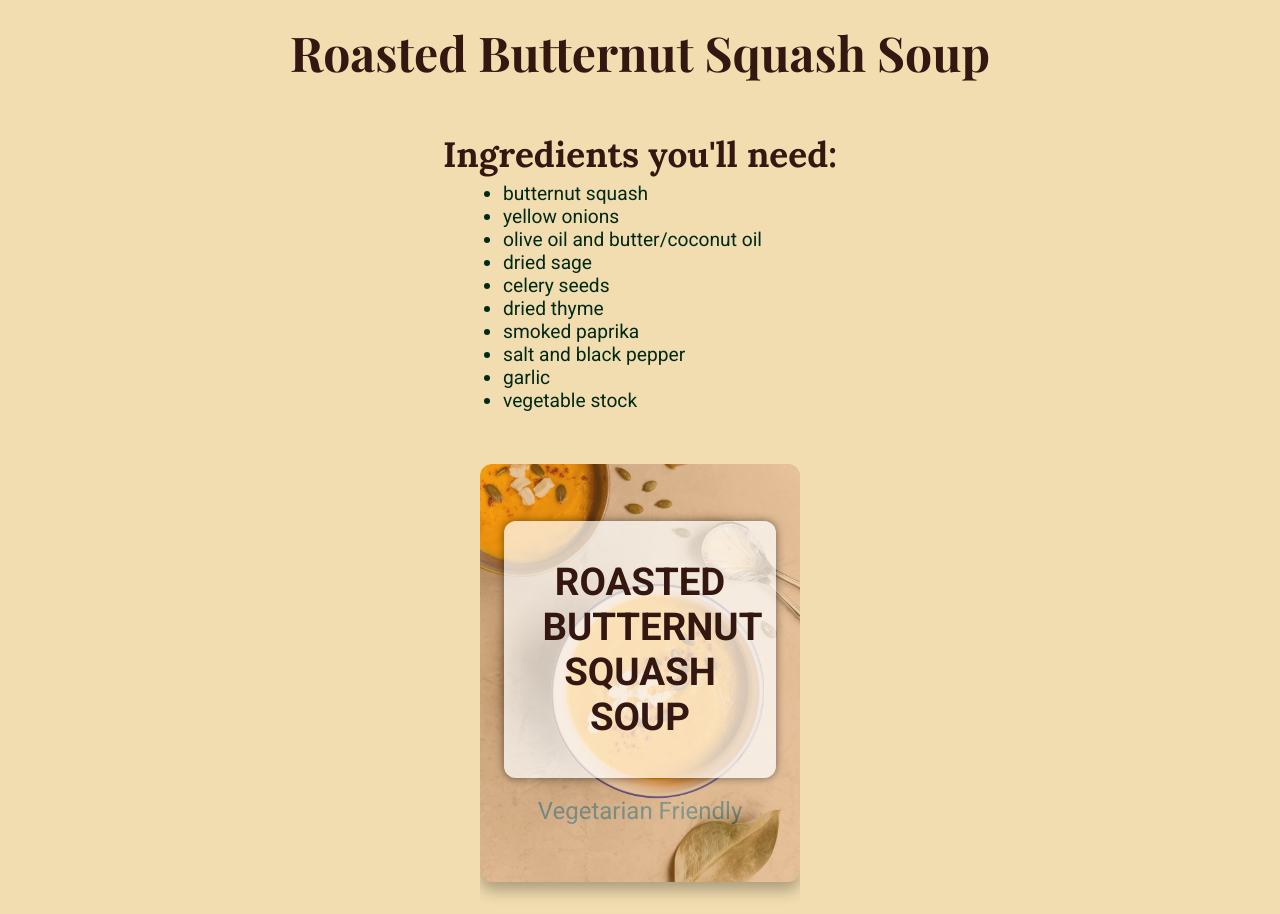
Repository: IDMX225/css-card-flip-LyssaMA
Page: src/index.html
The author's editor kept a copy of each file at every save. The page is drawn from the files as they stood at one save, then again after the next save.
The browser window is 1280 px wide. The pictures show the whole page.
The style sheet was rebuilt from its Sass, Less or Tailwind sources for each picture, by a compiler version that may differ from the author's.

Above is the page before, as saved 2024-11-12 23:06:51.
Not found: src/js/index.js

After the next save:
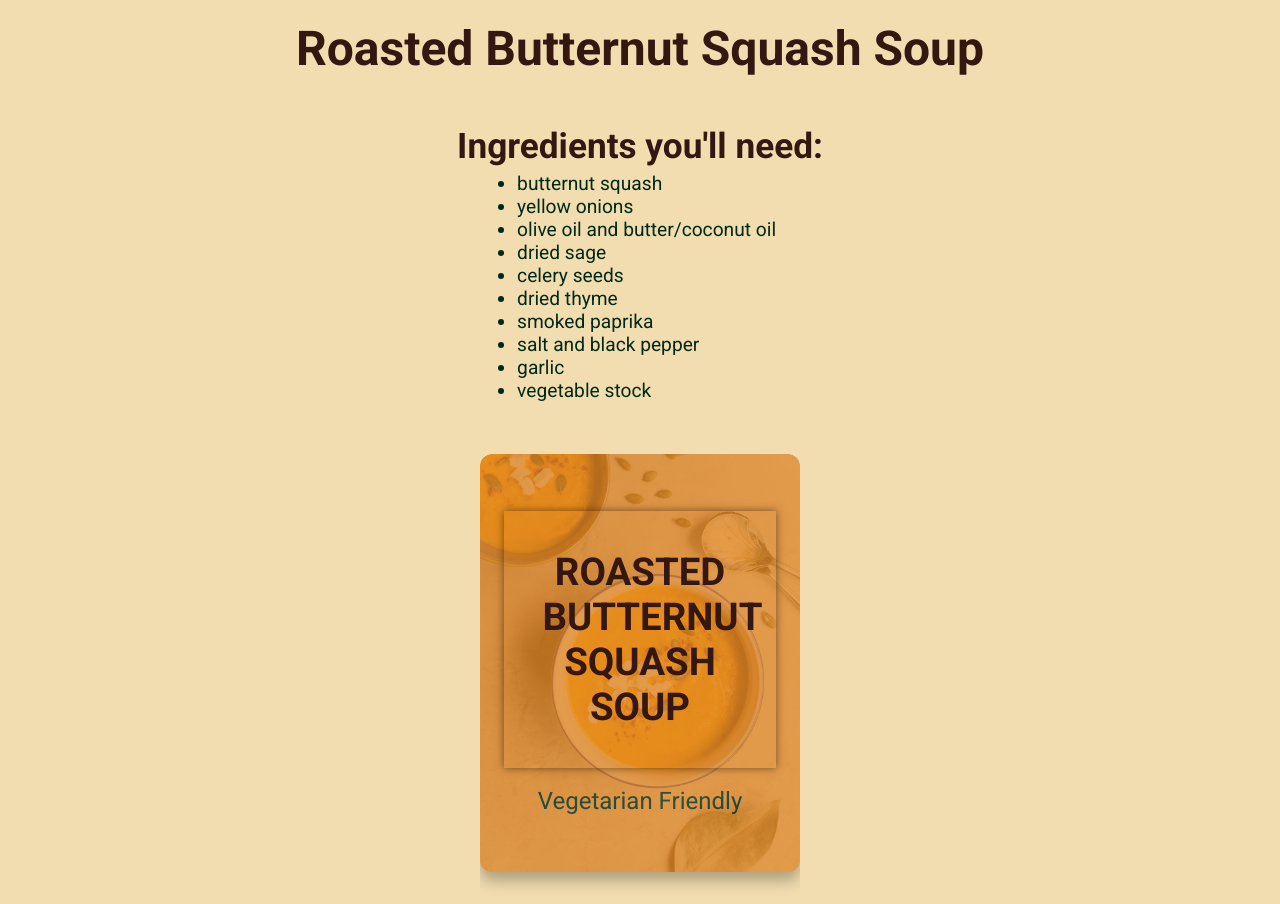
Saved 3 min 35 s later.
--- a/src/sass/main.scss
+++ b/src/sass/main.scss
@@ -1,7 +1,5 @@
 /* Import Google Fonts */
 @import url('https://fonts.googleapis.com/css2?family=Roboto:wght@400;700&display=swap');
-@import url('https://fonts.googleapis.com/css2?family=Playfair+Display:wght@400;700&display=swap');
-@import url('https://fonts.googleapis.com/css2?family=Lora:wght@400;700&display=swap');
 
 :root {
   --level-three: translateZ(9rem);
@@ -9,9 +7,7 @@
   --fw-bold: 700;
   --clr: #e08624; /* Squash Soup Orange */
   --clr-dark: #331710; /* Dark brown for the card back */
-  --font-family-roboto: 'Roboto', sans-serif;
-  --font-family-playfair: 'Playfair Display', serif;
-  --font-family-lora: 'Lora', serif;
+  --font-family: 'Roboto', sans-serif;
 }
 
 *,
@@ -22,7 +18,7 @@
 }
 
 body {
-  font-family: var(--font-family-roboto);
+  font-family: var(--font-family);
   height: 100vh;
   display: grid;
   place-items: center;
@@ -32,7 +28,7 @@
 
 /* Title Above Card */
 .title-above-card {
-  font-family: var(--font-family-playfair);
+  font-family: var(--font-family);
   font-size: 3rem;
   font-weight: var(--fw-bold);
   text-align: center;
@@ -47,7 +43,7 @@
 }
 
 .ingredients-heading {
-  font-family: var(--font-family-lora);
+  font-family: var(--font-family);
   font-size: 2.2rem;
   font-weight: var(--fw-bold);
   color: #331710;
@@ -56,7 +52,7 @@
 
 .ingredients-list {
   text-align: left;
-  font-family: var(--font-family-roboto);
+  font-family: var(--font-family);
   font-size: 1.2rem;
   color: #022915; /* Dark green color */
   list-style-type: disc;
@@ -88,7 +84,7 @@
 }
 
 .card:hover .card__content {
-  transform: rotateY(180deg); /* Flip effect */
+  transform: rotateY(180deg);
 }
 
 /* Front and Back of the Card */
@@ -116,57 +112,70 @@
   padding: 1.5em;
   border-radius: 12px;
   box-shadow: 0 8px 16px rgba(0, 0, 0, 0.3);
-  position: relative;
+  position: relative; /* Make sure the front is positioned relative */
   display: flex;
   flex-direction: column;
   justify-content: center;
   align-items: center;
   text-align: center;
-  z-index: 1;
-  overflow: hidden;
+  z-index: 1;  /* Make sure the title and subtitle appear above the image */
+  overflow: hidden;  /* Prevent text from overflowing the card */
 }
 
 /* Image on the Front of the Card */
+.card__image {
+  position: absolute; /* Position the image absolutely inside the card front */
+  top: 0;
+  left: 0;
+  right: 0;
+  bottom: 0;
+  width: 100%;  /* Make sure the image covers the whole front */
+  height: 100%;  /* Ensure it stretches across the full height of the card */
+  object-fit: cover;  /* Make sure the image doesn't stretch or distort */
+  opacity: 0.3;  /* Apply 70% transparency */
+  z-index: 0;  /* Ensure the image stays behind the text */
+  object-position: center;  /* Center the image in case it doesn't fit perfectly */
+}
+
+/* Title on Card Front */
+.card__title {
+  font-family: var(--font-family);
+  font-size: 2.4rem;
+  font-weight: var(--fw-bold);
+  text-transform: uppercase;
+  color: #331710;
+  box-shadow: 0 0 8px rgba(0, 0, 0, 0.5);
+  padding: 1em;
+  text-align: center;
+  position: relative;
+  z-index: 2;  /* Ensure that the title is above the image */
+  width: 100%; /* Ensure full width */
+  box-sizing: border-box;
+  margin-bottom: 0.5em;
+}
+
+/* Subtitle on Card */
+.card__subtitle {
+  font-family: var(--font-family);
+  font-size: 1.5rem;
+  font-weight: var(--fw-normal);
+  text-align: center;
+  margin-top: 0; /* Remove extra margin */
+}
+
+/* Image on Front of Card */
 .card__image {
   position: absolute;
   top: 0;
   left: 0;
   right: 0;
   bottom: 0;
+  object-fit: cover; /* Make sure the image covers the entire card */
+  opacity: 0.2;
+  z-index: 0; /* Image behind the text */
   width: 100%;
   height: 100%;
-  object-fit: cover;
-  opacity: 0.6; /* Slightly higher opacity for better visibility */
-  z-index: 0;
-  object-position: center;
-}
-
-/* Title on Card Front */
-.card__title {
-  font-family: var(--font-family-roboto); /* Changed back to Roboto */
-  font-size: 2.4rem;
-  font-weight: var(--fw-bold);
-  text-transform: uppercase;
-  color: #331710;
-  box-shadow: 0 0 8px rgba(0, 0, 0, 0.5);
-  padding: 1em;
-  text-align: center;
-  position: relative;
-  z-index: 2;
-  width: 100%;
-  box-sizing: border-box;
-  margin-bottom: 0.5em;
-  background-color: rgba(255, 255, 255, 0.7); /* Background color for better visibility */
-  border-radius: 12px;
-}
-
-/* Subtitle on Card */
-.card__subtitle {
-  font-family: var(--font-family-roboto);
-  font-size: 1.5rem;
-  font-weight: var(--fw-normal);
-  text-align: center;
-  margin-top: 0;
+  object-position: center; /* Center the image */
 }
 
 /* Back of the Card */
@@ -182,9 +191,8 @@
   overflow: hidden;
 }
 
-/* Body Text on Back */
 .card__body {
-  font-family: var(--font-family-roboto);
+  font-family: var(--font-family);
   font-size: 1.1rem;
   line-height: 1.5;
   text-align: center;
@@ -192,14 +200,3 @@
   box-sizing: border-box;
   padding: 1em;
 }
-
-/* Hover Effects */
-.card:hover {
-  transform: scale(1.05); /* Slightly scale up the card */
-}
-
-/* Shadow Effect on Hover */
-.card:hover .card__front,
-.card:hover .card__back {
-  box-shadow: 0 8px 20px rgba(0, 0, 0, 0.3), 0 0 30px rgba(0, 0, 0, 0.5);
-}

After the save that followed:
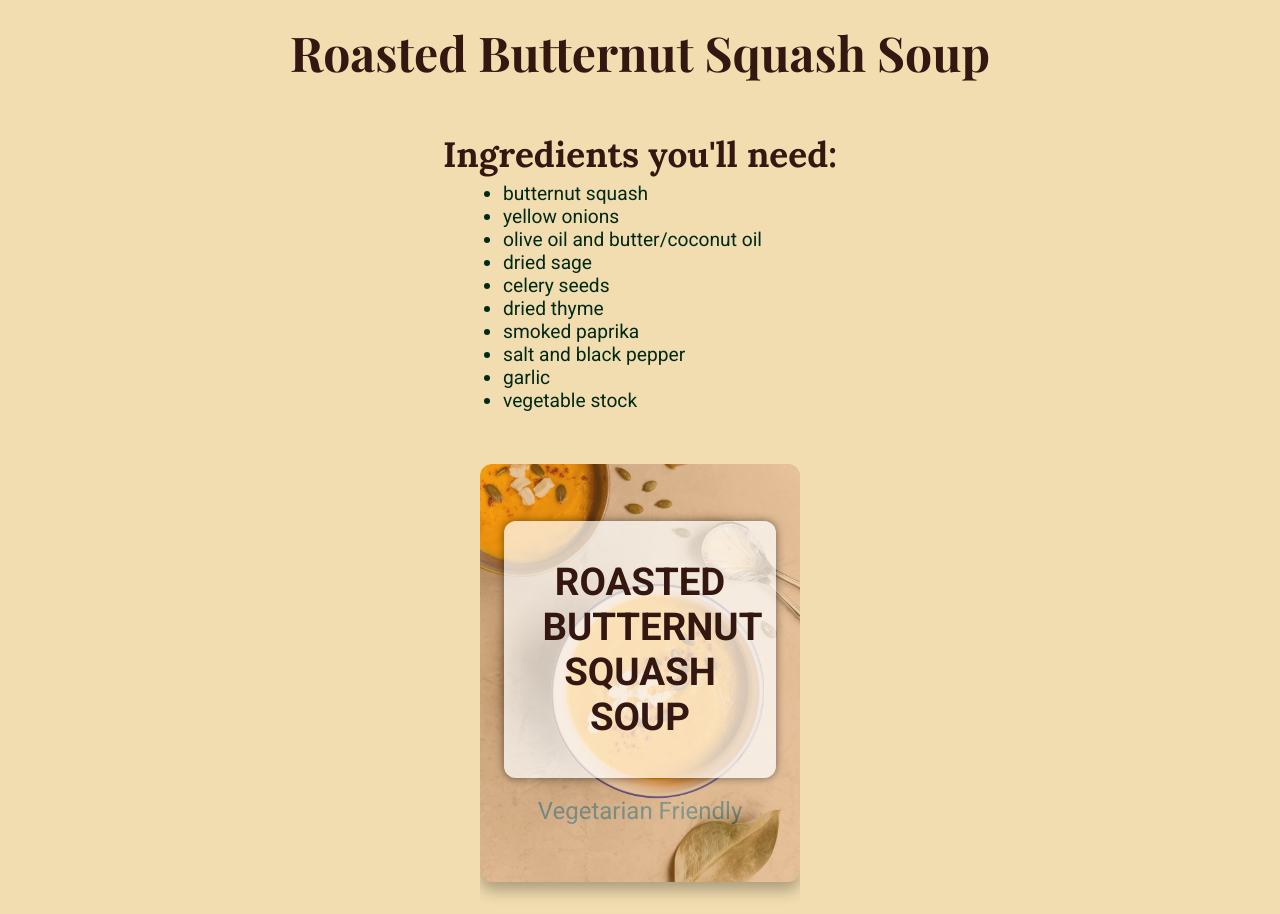
Saved 113 s later.
--- a/src/sass/main.scss
+++ b/src/sass/main.scss
@@ -1,5 +1,7 @@
 /* Import Google Fonts */
 @import url('https://fonts.googleapis.com/css2?family=Roboto:wght@400;700&display=swap');
+@import url('https://fonts.googleapis.com/css2?family=Playfair+Display:wght@400;700&display=swap');
+@import url('https://fonts.googleapis.com/css2?family=Lora:wght@400;700&display=swap');
 
 :root {
   --level-three: translateZ(9rem);
@@ -7,9 +9,12 @@
   --fw-bold: 700;
   --clr: #e08624; /* Squash Soup Orange */
   --clr-dark: #331710; /* Dark brown for the card back */
-  --font-family: 'Roboto', sans-serif;
-}
-
+  --font-family-roboto: 'Roboto', sans-serif;
+  --font-family-playfair: 'Playfair Display', serif;
+  --font-family-lora: 'Lora', serif;
+}
+
+/* Universal Reset */
 *,
 *::before,
 *::after {
@@ -17,8 +22,9 @@
   margin: 0;
 }
 
+/* Body */
 body {
-  font-family: var(--font-family);
+  font-family: var(--font-family-roboto);
   height: 100vh;
   display: grid;
   place-items: center;
@@ -28,7 +34,7 @@
 
 /* Title Above Card */
 .title-above-card {
-  font-family: var(--font-family);
+  font-family: var(--font-family-playfair);
   font-size: 3rem;
   font-weight: var(--fw-bold);
   text-align: center;
@@ -43,7 +49,7 @@
 }
 
 .ingredients-heading {
-  font-family: var(--font-family);
+  font-family: var(--font-family-lora);
   font-size: 2.2rem;
   font-weight: var(--fw-bold);
   color: #331710;
@@ -52,7 +58,7 @@
 
 .ingredients-list {
   text-align: left;
-  font-family: var(--font-family);
+  font-family: var(--font-family-roboto);
   font-size: 1.2rem;
   color: #022915; /* Dark green color */
   list-style-type: disc;
@@ -63,7 +69,7 @@
 .card {
   width: 320px;
   height: 450px;
-  perspective: 1000px;
+  perspective: 1200px; /* 3D Perspective */
   border-radius: 12px;
   overflow: hidden;
   padding-bottom: 2em;
@@ -72,6 +78,7 @@
   position: relative;
   margin-top: 20px;
   margin-bottom: 10px;
+  transition: transform 0.8s ease-out; /* Smooth scaling */
 }
 
 /* Card Content */
@@ -84,7 +91,7 @@
 }
 
 .card:hover .card__content {
-  transform: rotateY(180deg);
+  transform: rotateY(180deg); /* 3D Flip Effect */
 }
 
 /* Front and Back of the Card */
@@ -112,34 +119,34 @@
   padding: 1.5em;
   border-radius: 12px;
   box-shadow: 0 8px 16px rgba(0, 0, 0, 0.3);
-  position: relative; /* Make sure the front is positioned relative */
+  position: relative;
   display: flex;
   flex-direction: column;
   justify-content: center;
   align-items: center;
   text-align: center;
-  z-index: 1;  /* Make sure the title and subtitle appear above the image */
-  overflow: hidden;  /* Prevent text from overflowing the card */
+  z-index: 1;
+  overflow: hidden;
 }
 
 /* Image on the Front of the Card */
 .card__image {
-  position: absolute; /* Position the image absolutely inside the card front */
+  position: absolute;
   top: 0;
   left: 0;
   right: 0;
   bottom: 0;
-  width: 100%;  /* Make sure the image covers the whole front */
-  height: 100%;  /* Ensure it stretches across the full height of the card */
-  object-fit: cover;  /* Make sure the image doesn't stretch or distort */
-  opacity: 0.3;  /* Apply 70% transparency */
-  z-index: 0;  /* Ensure the image stays behind the text */
-  object-position: center;  /* Center the image in case it doesn't fit perfectly */
+  width: 100%;
+  height: 100%;
+  object-fit: cover;
+  opacity: 0.6; /* Slightly higher opacity for better visibility */
+  z-index: 0;
+  object-position: center;
 }
 
 /* Title on Card Front */
 .card__title {
-  font-family: var(--font-family);
+  font-family: var(--font-family-roboto); /* Changed back to Roboto */
   font-size: 2.4rem;
   font-weight: var(--fw-bold);
   text-transform: uppercase;
@@ -148,34 +155,21 @@
   padding: 1em;
   text-align: center;
   position: relative;
-  z-index: 2;  /* Ensure that the title is above the image */
-  width: 100%; /* Ensure full width */
+  z-index: 2;
+  width: 100%;
   box-sizing: border-box;
   margin-bottom: 0.5em;
+  background-color: rgba(255, 255, 255, 0.7); /* Added background color for better visibility */
+  border-radius: 12px; /* Optional: to match the rounded corners */
 }
 
 /* Subtitle on Card */
 .card__subtitle {
-  font-family: var(--font-family);
+  font-family: var(--font-family-roboto);
   font-size: 1.5rem;
   font-weight: var(--fw-normal);
   text-align: center;
-  margin-top: 0; /* Remove extra margin */
-}
-
-/* Image on Front of Card */
-.card__image {
-  position: absolute;
-  top: 0;
-  left: 0;
-  right: 0;
-  bottom: 0;
-  object-fit: cover; /* Make sure the image covers the entire card */
-  opacity: 0.2;
-  z-index: 0; /* Image behind the text */
-  width: 100%;
-  height: 100%;
-  object-position: center; /* Center the image */
+  margin-top: 0;
 }
 
 /* Back of the Card */
@@ -191,8 +185,9 @@
   overflow: hidden;
 }
 
+/* Body Text on Back */
 .card__body {
-  font-family: var(--font-family);
+  font-family: var(--font-family-roboto);
   font-size: 1.1rem;
   line-height: 1.5;
   text-align: center;
@@ -200,3 +195,14 @@
   box-sizing: border-box;
   padding: 1em;
 }
+
+/* Hover Effects */
+.card:hover {
+  transform: scale(1.05); /* Slightly scale up the card */
+}
+
+/* Shadow Effect on Hover */
+.card:hover .card__front,
+.card:hover .card__back {
+  box-shadow: 0 8px 20px rgba(0, 0, 0, 0.3), 0 0 30px rgba(0, 0, 0, 0.5);
+}
